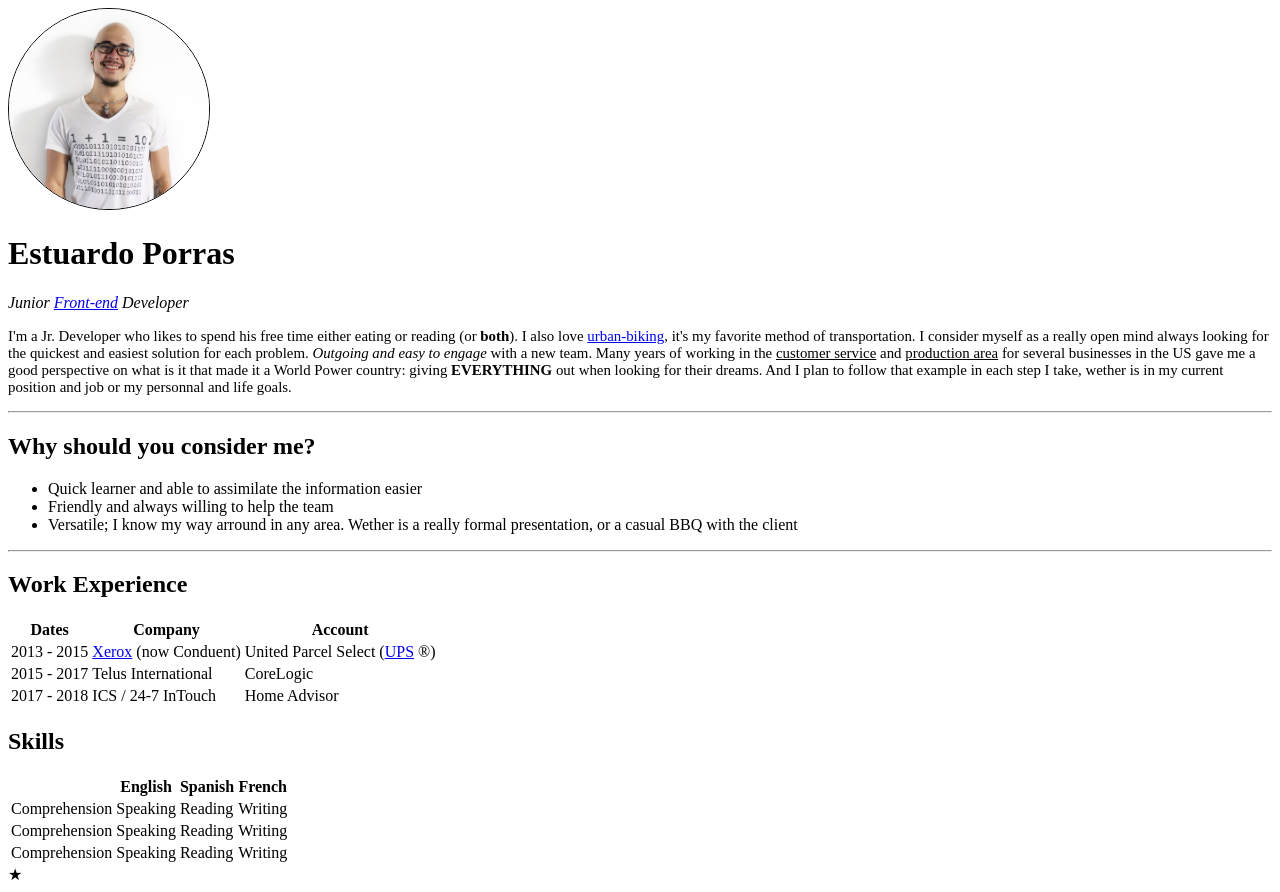
Repository: soloestuardo/bootstrap
Page: proyectos/cv/index.html
The author's editor kept a record of every edit. The page is drawn from the files as they stood at one moment, then again after the next edit.
The browser window is 1280 px wide. The pictures show the whole page.

Above is the page before.

After the next edit:
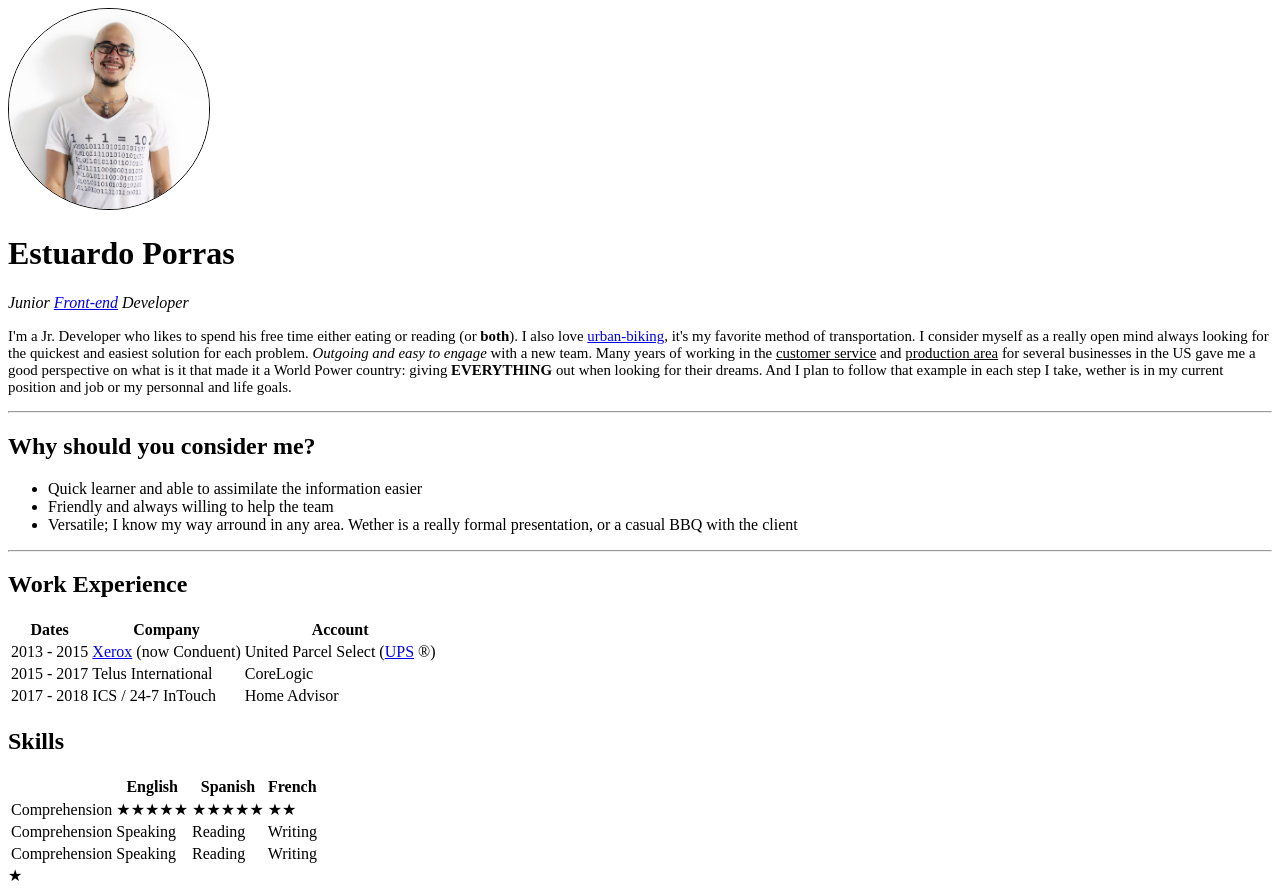
The edit:
--- a/proyectos/cv/index.html
+++ b/proyectos/cv/index.html
@@ -76,9 +76,9 @@
             </tr>
             <tr>
                 <td>Comprehension</td>
-                <td>Speaking</td>
-                <td>Reading</td>
-                <td>Writing</td>
+                <td>&#x2605;&#x2605;&#x2605;&#x2605;&#x2605;</td>
+                <td>&#x2605;&#x2605;&#x2605;&#x2605;&#x2605;</td>
+                <td>&#x2605;&#x2605;</td>
             </tr>
             <tr>
                 <td>Comprehension</td>
